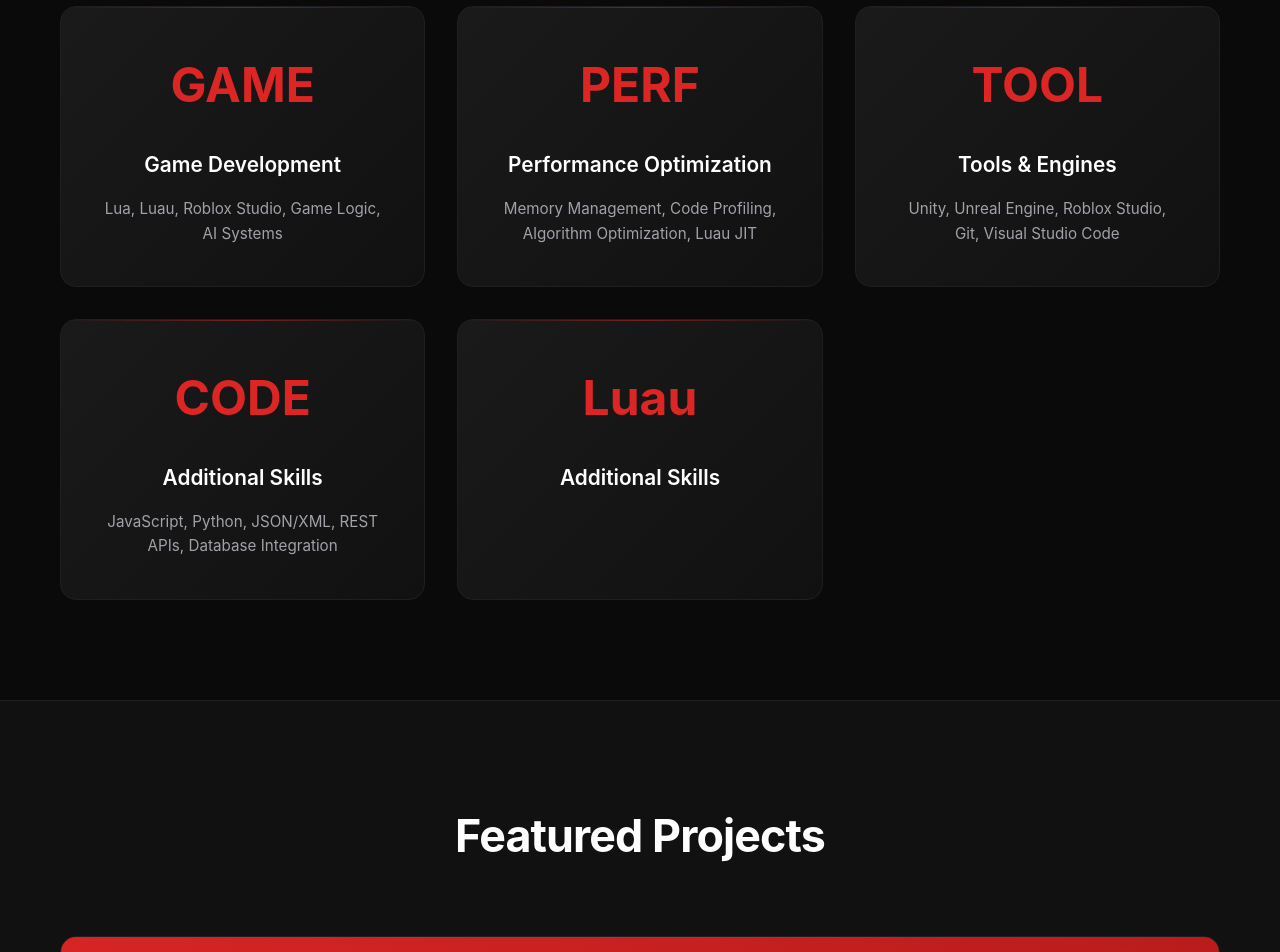
Repository: lukaxdq/lukaxdq.github.io
Page: index.html
These files come from the project's save history. The page is drawn as it stood at one moment and after the next save; the edit follows.
The browser window is 1280 px wide. The pictures show the part of the page from y = 1618 to 2570 px (the page is 4024 px tall).
Pictures or frames that could not be fetched are drawn as grey boxes.

Above is the page before, as saved 2025-08-14 21:17:58.

After the next save:
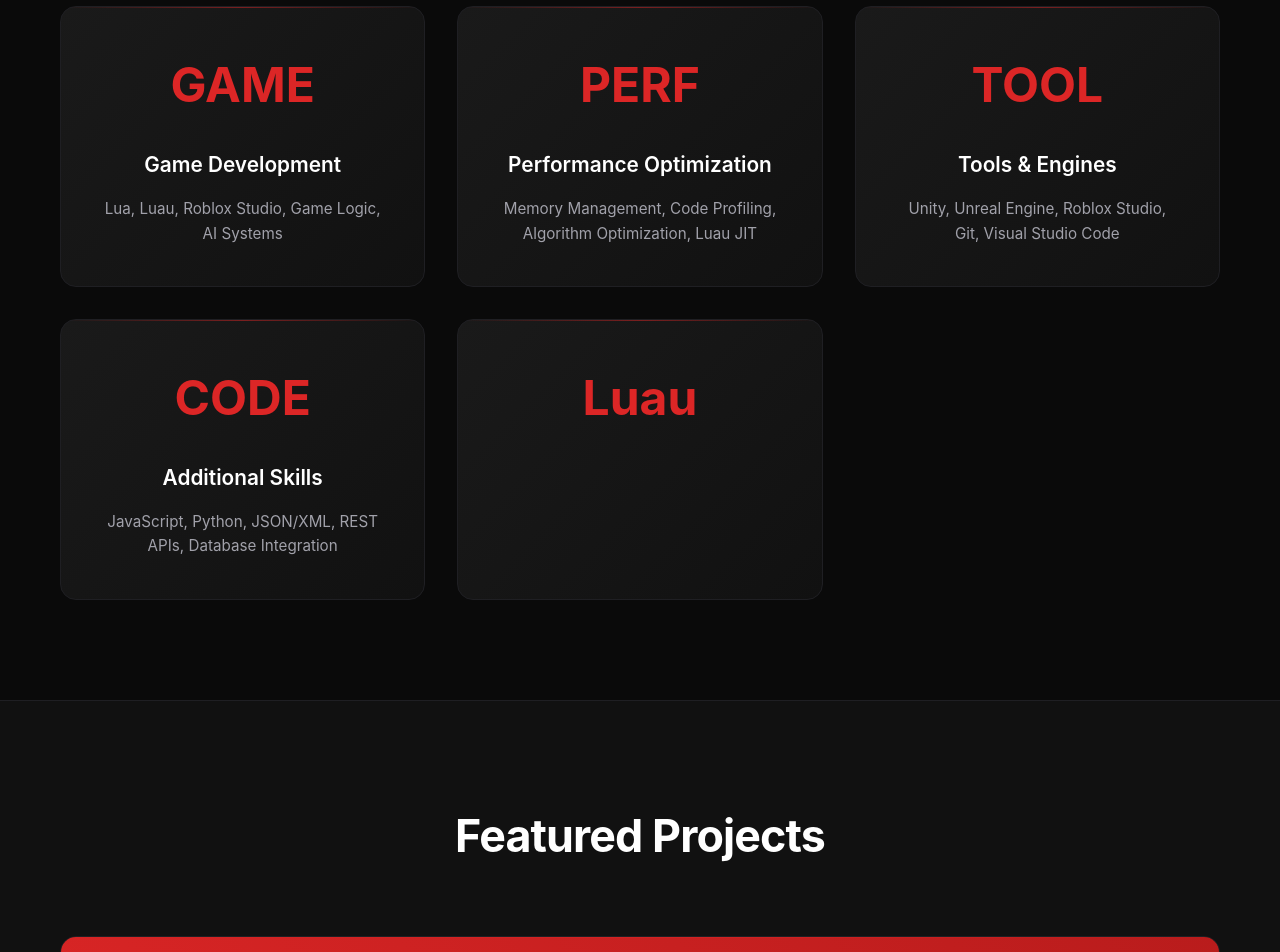
Saved 13 s later.
--- a/index.html
+++ b/index.html
@@ -755,7 +755,6 @@
                 </div>
                 <div class="skill-card">
                     <div class="skill-icon">Luau</div>
-                    <h3>Additional Skills</h3>
                 </div>
             </div>
         </div>
